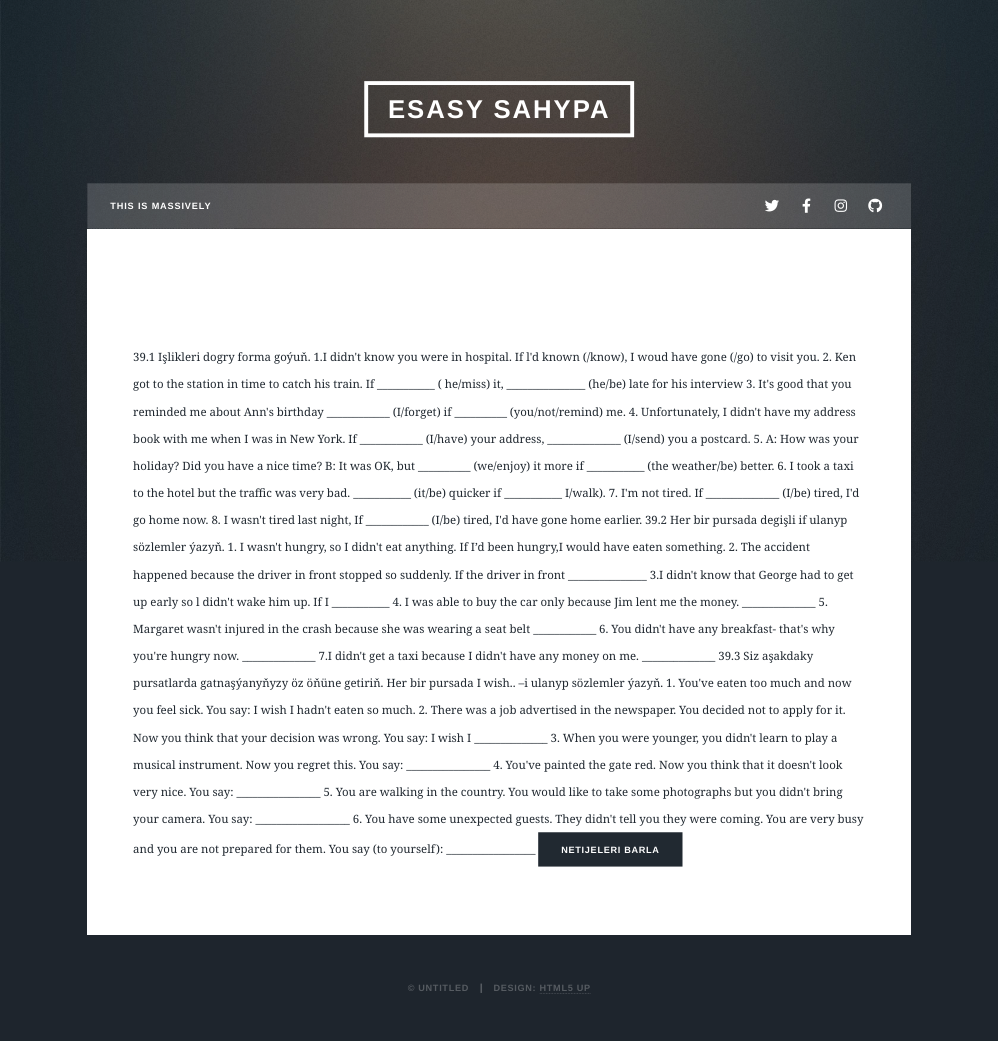
Repository: Sahet-dev/English-grammar-app
Page: test/test_unit _39.html
The author's editor kept a copy of each file at every save. The page is drawn from the files as they stood at one save, then again after the next save.
The browser window is 1280 px wide. The pictures show the whole page, at 78% of full size.
Some web fonts or font styles are not loaded; a fallback is used.

Above is the page before, as saved 2022-06-24 15:11:30.

After the next save:
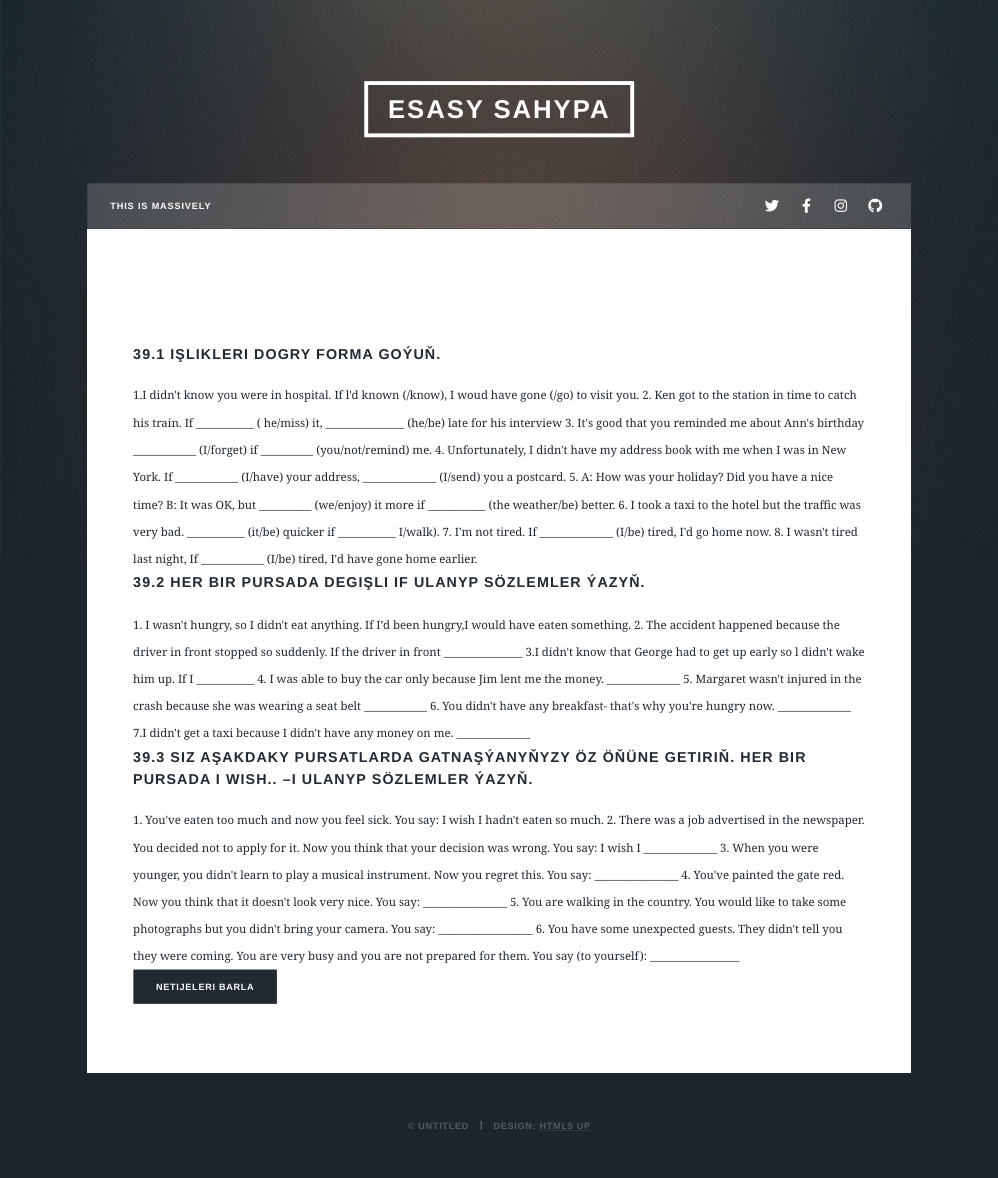
Saved 32 s later.
--- a/test/test_unit _39.html
+++ b/test/test_unit _39.html
@@ -55,10 +55,10 @@
 
 
 
-														39.1
+										<h3>39.1
 
 
-														Işlikleri dogry forma goýuň.
+														Işlikleri dogry forma goýuň.</h3>
 
 														1.I didn't know you were in hospital. If l'd known (/know), I woud have gone (/go) to visit you.
 
@@ -81,9 +81,9 @@
 														I'd have gone home earlier.
 
 
-														39.2
+													<h3>39.2
 
-														Her bir pursada degişli if ulanyp sözlemler ýazyň.
+														Her bir pursada degişli if ulanyp sözlemler ýazyň.</h3>
 
 														1. I wasn't hungry, so I didn't eat anything. If I’d
 														been hungry,I would have eaten something.
@@ -108,10 +108,10 @@
 
 														money on me.  ______________
 
-														39.3
+													<h3>39.3
 
 														Siz aşakdaky pursatlarda gatnaşýanyňyzy öz öňüne getiriň. Her
-														bir pursada I wish.. –i ulanyp sözlemler ýazyň.
+														bir pursada I wish.. –i ulanyp sözlemler ýazyň.</h3>
 
 
 														1. You've eaten too much and now you feel
